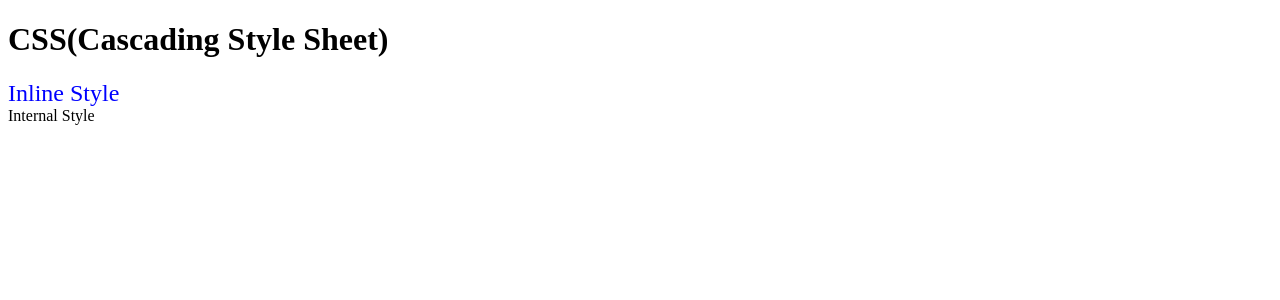
Repository: XenosJM/WEB_CODES
Page: Web02_CSS/src/main/webapp/01_css.html
An editor plug-in stored every save of this project. The page is shown before and after the next save, followed by the edit.
The browser window is 1280 px wide. The pictures show the whole page.

Above is the page before, as saved 2024-03-19 06:26:04.

After the next save:
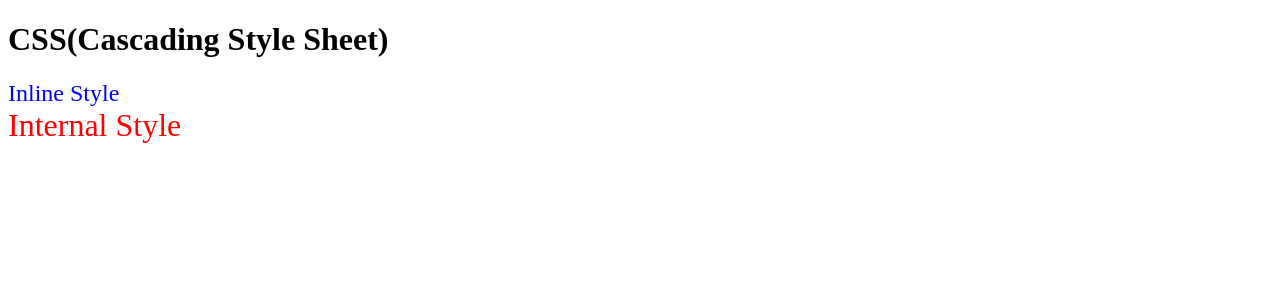
Saved 11 s later.
--- a/Web02_CSS/src/main/webapp/01_css.html
+++ b/Web02_CSS/src/main/webapp/01_css.html
@@ -4,7 +4,8 @@
 <meta charset="UTF-8">
 <style type="text/css">
 .div1 {
-	color
+	color : red;
+	font-size : 200%;
 }
 </style>
 <title>CSS</title>
